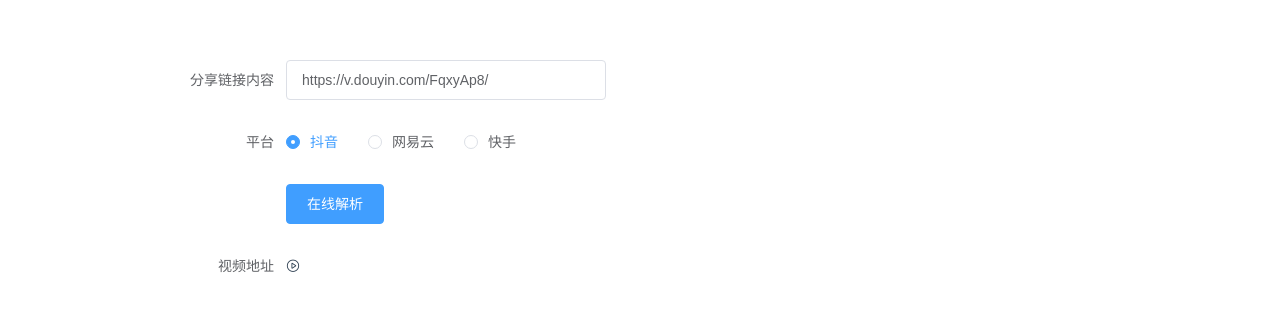
Repository: lyln/freepd
Page: / (app in frontend/freepd/)
The author's editor kept a copy of each file at every save. The page is drawn from the files as they stood at one save, then again after the next save.
The browser window is 1280 px wide. The pictures show the whole page.
The project was rebuilt for these pictures with package versions that can differ from the ones it lists, and the page was loaded fresh each time.

Above is the page before, as saved 2022-05-26 09:14:32.

After the next save:
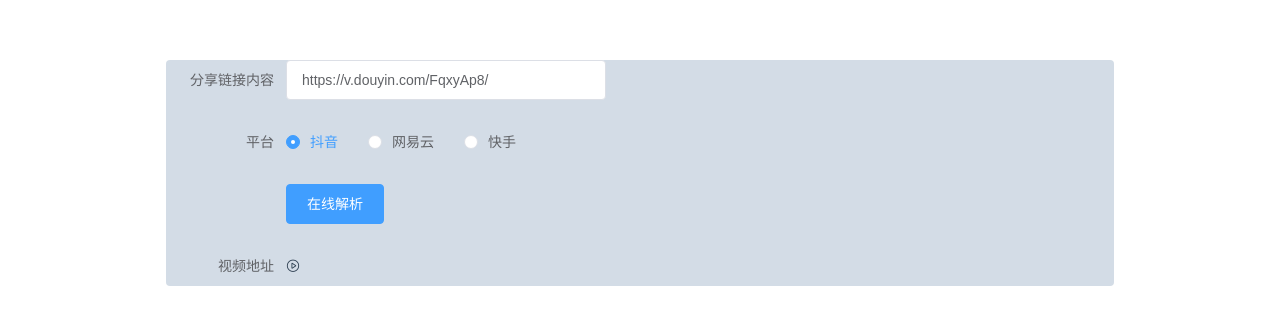
Saved 100 s later.
--- a/frontend/freepd/src/components/HelloWorld.vue
+++ b/frontend/freepd/src/components/HelloWorld.vue
@@ -101,6 +101,33 @@ a {
 	width: 480px;
 }
 
+.el-row {
+	margin-bottom: 20px;
+	&:last-child {
+		margin-bottom: 0;
+	}
+}
+.el-col {
+	border-radius: 4px;
+}
+.bg-purple-dark {
+	background: #99a9bf;
+}
+.bg-purple {
+	background: #d3dce6;
+}
+.bg-purple-light {
+	background: #e5e9f2;
+}
+.grid-content {
+	border-radius: 4px;
+	min-height: 36px;
+}
+.row-bg {
+	padding: 10px 0;
+	background-color: #f9fafc;
+}
+
 /* .wrapper {
 	margin-left: auto;
 	margin-right: auto;
